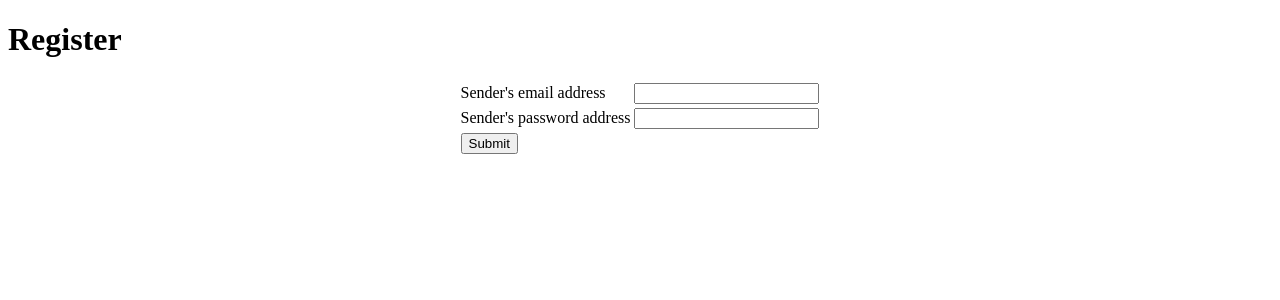
Repository: nsbgit/bot_programming
Page: http://localhost/bot/
An editor plug-in stored every save of this project. The page is shown before and after the next save, followed by the edit.
The browser window is 1280 px wide. The pictures show the whole page.
The page is served by Tomcat 9. Other server files are loaded and not shown.

Above is the page before, as saved 2014-09-24 02:55:49.

### bot/WebContent/index.jsp
<%@ page language="java" contentType="text/html; charset=ISO-8859-1"
    pageEncoding="ISO-8859-1"%>
<!DOCTYPE html PUBLIC "-//W3C//DTD HTML 4.01 Transitional//EN" "http://www.w3.org/TR/html4/loose.dtd">
<html>
<head>
<meta http-equiv="Content-Type" content="text/html; charset=ISO-8859-1">
<title>Register</title>
</head>
<body>
	<h1>Register</h1>
	<form action="#" method="post">
		<table align="center">
			<tr>
				<td>Sender's email address</td>
				<td><input type="text" name="semail" id="semail"></td>
			</tr>

			<tr>
				<td>Sender's password address</td>
				<td><input type="password" name="spass" id="spass"></td>
			</tr>

			<tr>
				<td colspan="2">
					<input type="submit" value="Submit">
				</td>
			</tr>
		</table>
	</form>
</body>
</html>

After the next save:
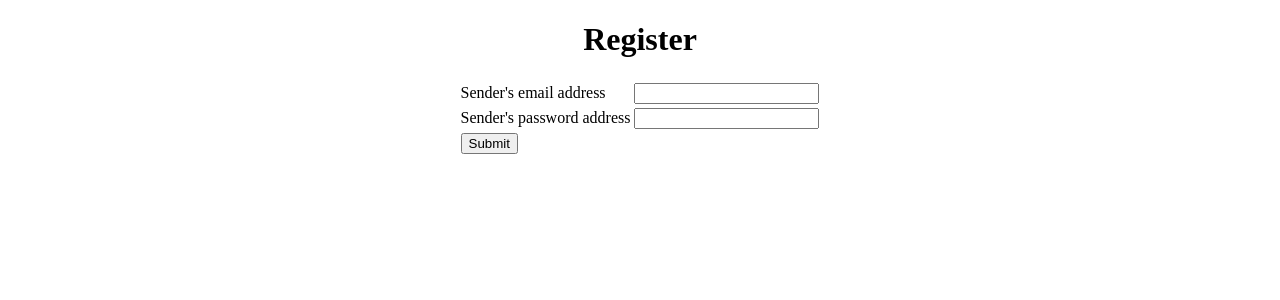
Saved 57 s later.
--- a/bot/WebContent/index.jsp
+++ b/bot/WebContent/index.jsp
@@ -7,7 +7,7 @@
 <title>Register</title>
 </head>
 <body>
-	<h1>Register</h1>
+	<h1 align="center">Register</h1>
 	<form action="#" method="post">
 		<table align="center">
 			<tr>
@@ -22,7 +22,7 @@
 
 			<tr>
 				<td colspan="2">
-					<input type="submit" value="Submit">
+					<input type="submit" value="Submit" align="middle">
 				</td>
 			</tr>
 		</table>
